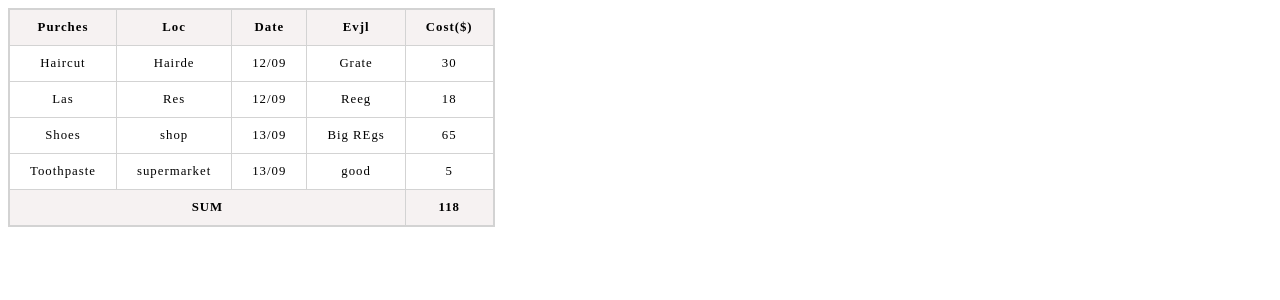
Repository: lidwan/dotfiles
Page: tmp/smthn.html
The author's editor kept a copy of each file at every save. The page is drawn from the files as they stood at one save, then again after the next save.
The browser window is 1280 px wide. The pictures show the whole page.

Above is the page before, as saved 2024-08-18 11:44:32.

### tmp/smthn.html
<!DOCTYPE html>
<html lang="en">
<head>
    <meta charset="UTF-8">
    <meta name="viewport" content="width=device-width, initial-scale=1.0">
    <title>spending record</title>
    <link rel="stylesheet" href="styles.css">
</head>
<body>
    <table>
        <tr>
            <th>Purches</th>
            <th>Loc</th>
            <th>Date</th>
            <th>Evjl</th>
            <th>Cost($)</th>
        </tr>
        <tr>
            <td>Haircut</td>
            <td>Hairde</td>
            <td>12/09</td>
            <td>Grate</td>
            <td>30</td>
        </tr>
        <tr>
            <td>Las</td>
            <td>Res</td>
            <td>12/09</td>
            <td>Reeg</td>
            <td>18</td>
        </tr>
        <tr>
            <td>Shoes</td>
            <td>shop</td>
            <td>13/09</td>
            <td>Big REgs</td>
            <td>65</td>
        </tr>
        <tr>
            <td>Toothpaste</td>
            <td>supermarket</td>
            <td>13/09</td>
            <td>good</td>
            <td>5</td>
        </tr>
        <tr>
            <th colspan="4">SUM</th>
            <th>118</th>
        </tr>
    </table>
</body>
</html>

### tmp/styles.css
th,
td {
    border: 1px solid lightgray;
    padding: 10px 20px;
}
table {
    border-collapse: collapse;
    border: 2px solid lightgray;
    font-size: 0.8rem;
    letter-spacing: 1px;
    text-align: center;
}
th {
    background-color: rgb(246, 242, 242);
}

After the next save:
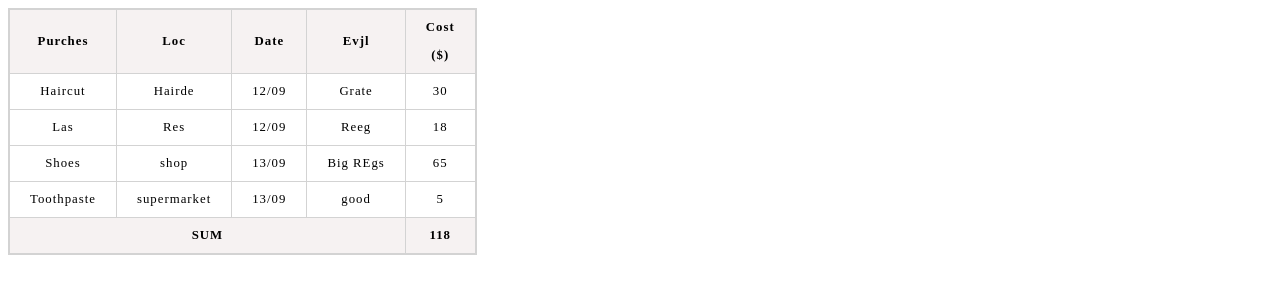
Saved 31 s later.
--- a/tmp/smthn.html
+++ b/tmp/smthn.html
@@ -13,7 +13,7 @@
             <th>Loc</th>
             <th>Date</th>
             <th>Evjl</th>
-            <th>Cost($)</th>
+            <th>Cost<p></p>($)</th>
         </tr>
         <tr>
             <td>Haircut</td>

After the save that followed:
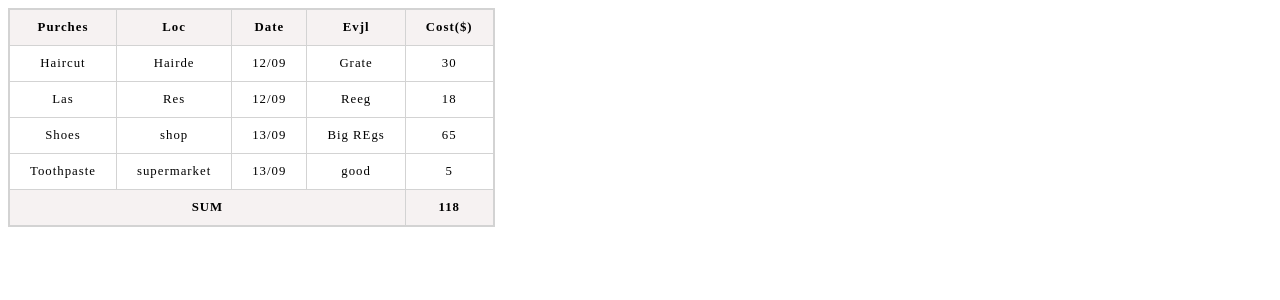
Saved 5 s later.
--- a/tmp/smthn.html
+++ b/tmp/smthn.html
@@ -13,7 +13,7 @@
             <th>Loc</th>
             <th>Date</th>
             <th>Evjl</th>
-            <th>Cost<p></p>($)</th>
+            <th>Cost($)</th>
         </tr>
         <tr>
             <td>Haircut</td>
